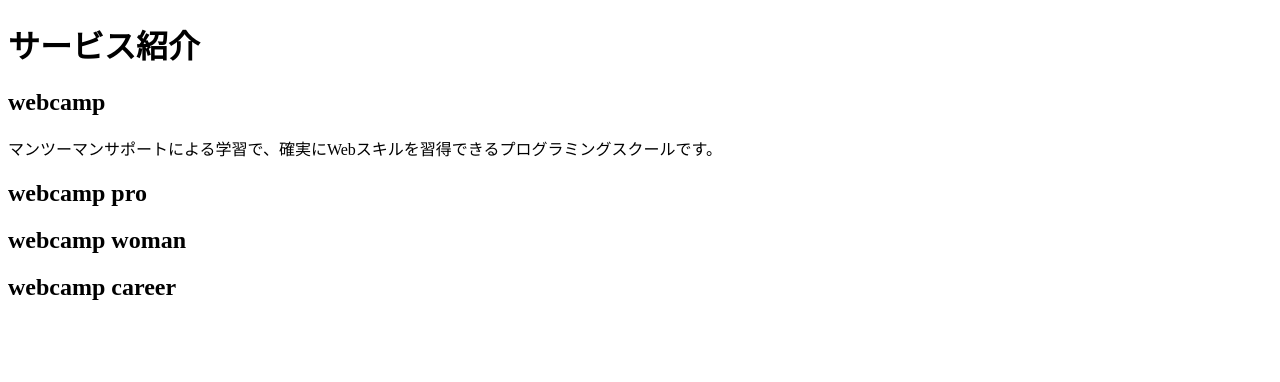
Repository: alamsamiha/html_css
Page: chapter2_exercise/ch2.html
The author's editor kept a record of every edit. The page is drawn from the files as they stood at one moment, then again after the next edit.
The browser window is 1280 px wide. The pictures show the whole page.

Above is the page before.

### chapter2_exercise/ch2.html
<!DOCTYPE HTML>
<html lang="ja">
  <head>
    <meta charset="UTF-8" />
    <title>演習問題２</title>
  </head>

  <body>
    <h1>サービス紹介</h1>
    <h2>webcamp</h2>
    <p>マンツーマンサポートによる学習で、確実にWebスキルを習得できるプログラミングスクールです。</p>
    <a></a>
    <h2>webcamp pro</h2>
    <p></p>
    <a></a>
    <h2>webcamp woman</h2>
    <p></p>
    <a></a>
    <h2>webcamp career</h2>
    <p></p>
    <a></a>
  </body>
</html>

After the next edit:
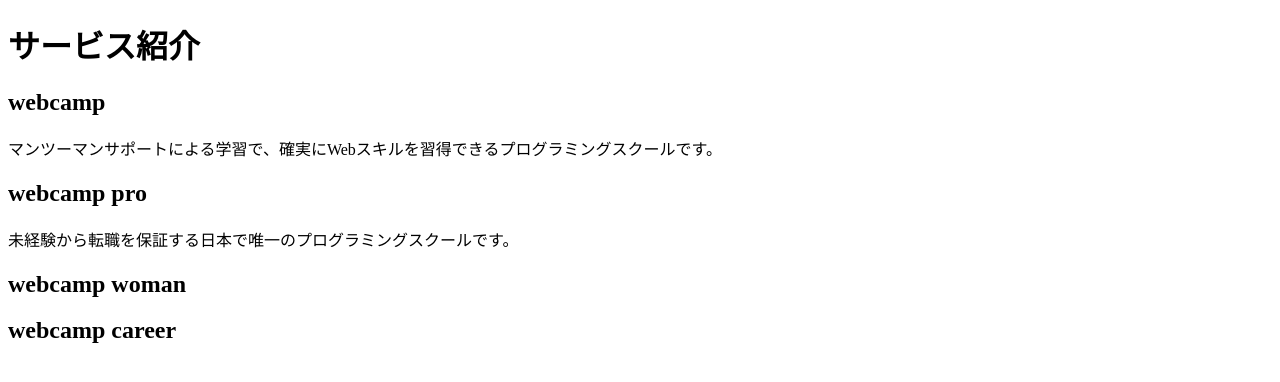
The edit:
--- a/chapter2_exercise/ch2.html
+++ b/chapter2_exercise/ch2.html
@@ -11,7 +11,7 @@
     <p>マンツーマンサポートによる学習で、確実にWebスキルを習得できるプログラミングスクールです。</p>
     <a></a>
     <h2>webcamp pro</h2>
-    <p></p>
+    <p>未経験から転職を保証する日本で唯一のプログラミングスクールです。</p>
     <a></a>
     <h2>webcamp woman</h2>
     <p></p>
